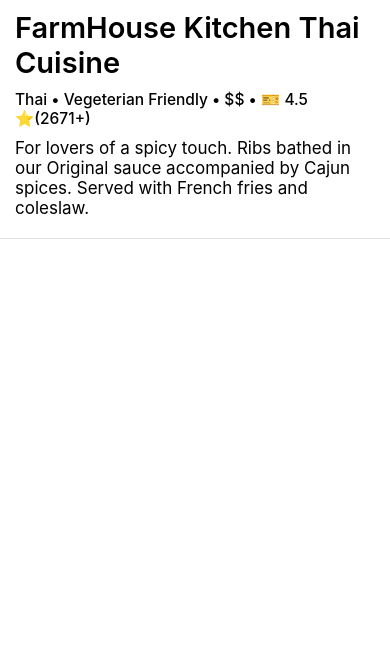
Repository: remydev47/ubereats-frontend
Screen: /RestaurantDetails
The author's editor kept a copy of each file at every save. The screen is drawn from the files as they stood at one save, then again after the next save.
The pictures show rows 180 to 844 of an output 844 px tall.
The app was drawn by React Native's web renderer in a window 390 px wide. The project was rebuilt for these pictures with package versions that can differ from the ones it lists, and the page was loaded fresh each time. Also part of the build but not shown: components/Home/HeaderTabs.js, components/Home/SearchBar.js, components/Home/Categories.js, components/Home/RestaurantItems.js, components/Home/BottomTabs.js, Screens/Home.js.

Above is the screen before, as saved 2022-05-29 23:06:27.

After the next save:
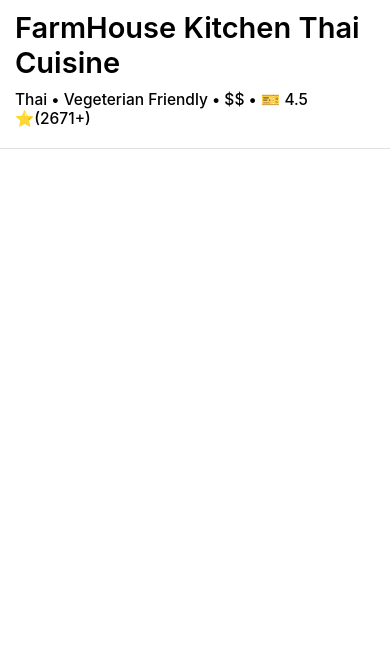
Saved 2 s later.
--- a/components/restaurantDetails/About.js
+++ b/components/restaurantDetails/About.js
@@ -16,7 +16,7 @@
       <RestaurantImage image={image}/>
       <RestaurantTitle title={title}/>
       <Restaurantdetails details={detail}/>
-      <RestaurantDescription description={description} />
+      {/* <RestaurantDescription description={description} /> */}
     </View>
   )
 }
